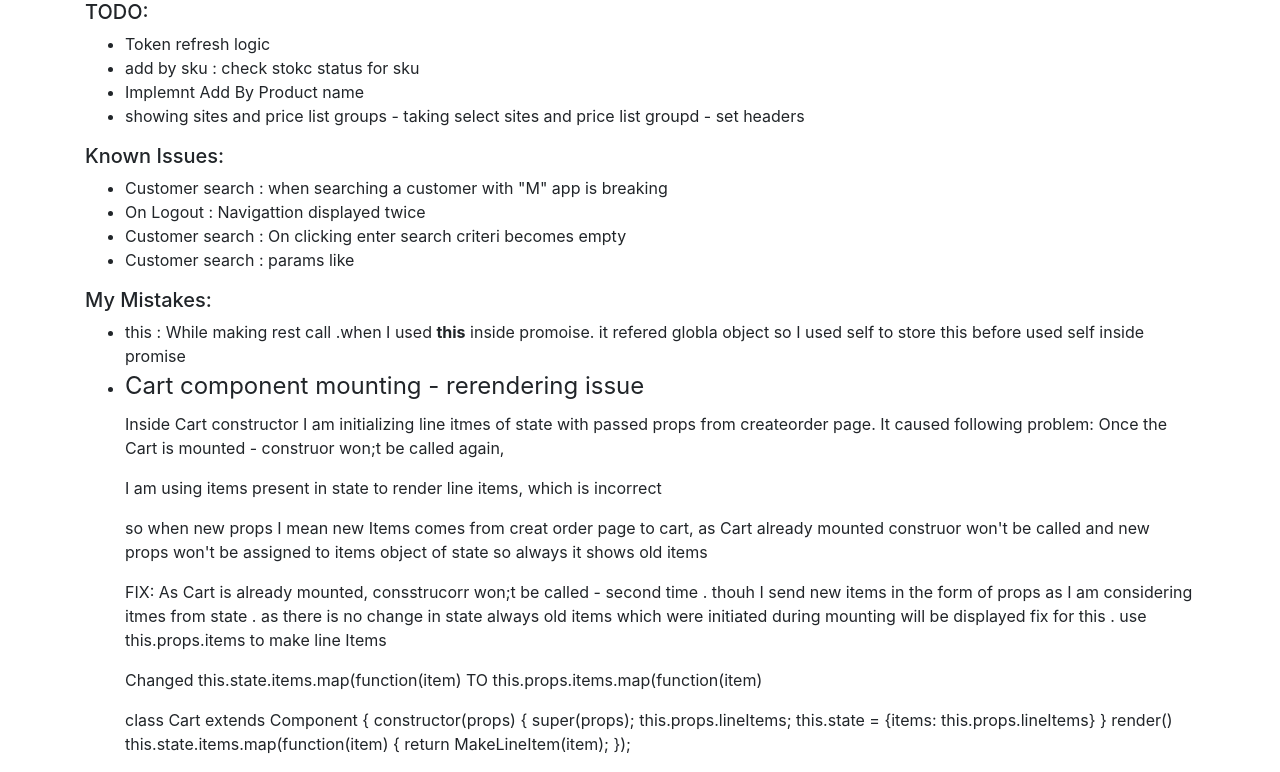
Repository: testtiger/reactagent
Page: /todo
An editor plug-in stored every save of this project. The page is shown before and after the next save, followed by the edit.
The browser window is 1280 px wide. The pictures show the whole page.
The project was rebuilt for these pictures with package versions that can differ from the ones it lists, and the page was loaded fresh each time. Also part of the build but not shown: src/components/Agent/Rest/agent-rest-client.js, src/components/Agent/Dashboard/quicklinks.jsx, src/components/Agent/Dashboard/announcements.jsx, src/components/Agent/Dashboard/recentorders.jsx, src/components/Agent/Dashboard/pendingactions.jsx, src/components/Agent/Dashboard/DashboardPage.jsx, src/components/Agent/Shared/Navigation.jsx, src/components/Agent/Login/loginpage.jsx and 12 more.

Above is the page before, as saved 2018-12-15 16:54:25.

### src/index.js
//start it with npm start
//create-react-app MyApp

import React from "react";
import ReactDOM from "react-dom";
import "bootstrap/dist/css/bootstrap.css";
import LoginPage from "./components/Agent/Login/loginpage";
import App from "./components/Agent/App/App";
import CreateOrderPage from "./components/Agent/CreateOrder/CreateOrderPage";
import CustomerSearchPage from "./components/Agent/CustomerSearch/CustomerSearchPage";
import AddressFields from "./components/Agent/CreateOrder/AddressFields";
ReactDOM.render(<App/>, document.getElementById("root"));
//ReactDOM.render(<AddressFields />, document.getElementById("root"));

### src/components/Agent/App/App.jsx
import React, { Component } from "react";
import LoginPage from "../Login/loginpage";
import Routes from "../Router/route";
import SearchCriteria from "../CustomerSearch/SearchCriteria";
import Register from "../CustomerSearch/Registration";

export default class App extends Component {
  render() {
    return <Routes />;
    //return <LoginPage />;
  }
}

/***
 * TODO : token expiry logic
 *
 *
 */

### src/components/Agent/Router/route.js
import React from "react";
import { BrowserRouter, Route, Switch } from "react-router-dom";
import LoginPage from "../Login/loginpage";
import DashboardPage from "../Dashboard/DashboardPage";
import CustomerSearchPage from "../CustomerSearch/CustomerSearchPage";
import Registration from "../CustomerSearch/Registration";
import CustomerProfilePage from "../CustomerProfile/CustomerProfilePage.jsx";
import Navigation from "../Shared/Navigation";
import CreateOrderPage from "../CreateOrder/CreateOrderPage";
import TODO from "../BugsTODO/TODO";


var Routes = function() {
  return <BrowserRouter>
      <div>
        <Navigation />
        <Switch>
          <Route exact path="/" component={LoginPage} />
          <Route path="/welcome" component={DashboardPage} />
          <Route exact path="/customers" component={CustomerSearchPage} />
          <Route exact path="/customers/registration" component={Registration} />
          <Route exact path="/customers/profiles/:id" component={CustomerProfilePage} />
          <Route exact path="/createOrder/:profileId" component={CreateOrderPage} />
          <Route exact path="/todo" component={TODO} />
          <Route path="*" component={LoginPage} />
        </Switch>
      </div>
    </BrowserRouter>;
};

export default Routes;

### src/components/Agent/BugsTODO/TODO.jsx
import React, { Component } from "react";

export default class TODO extends Component {
  render() {
    return (
      <div className="container">
        <h5>TODO:</h5>
        <ul>
          <li> Token refresh logic</li>
          <li> add by sku : check stokc status for sku</li>
          <li> Implemnt Add By Product name</li>
          <li>
            {" "}
            showing sites and price list groups - taking select sites and price
            list groupd - set headers
          </li>
        </ul>
        <h5>Known Issues:</h5>
        <ul>
          <li>
            Customer search : when searching a customer with "M" app is breaking
          </li>
          <li>On Logout : Navigattion displayed twice</li>
          <li>
            Customer search : On clicking enter search criteri becomes empty
          </li>
          <li>
            Customer search : params like
          </li>
        </ul>
        <h5>My Mistakes:</h5>
        <ul>
          <li>
            this : While making rest call .when I used <strong>this</strong>{" "}
            inside promoise. it refered globla object so I used self to store
            this before used self inside promise
          </li>
          <li>
            <legend>Cart component mounting - rerendering issue</legend>
            <span>
              <p>
                Inside Cart constructor I am initializing line itmes of state
                with passed props from createorder page. It caused following
                problem: Once the Cart is mounted - construor won;t be called
                again,
              </p>
              <p>
                I am using items present in state to render line items, which is
                incorrect
              </p>
              <p>
                so when new props I mean new Items comes from creat order page
                to cart, as Cart already mounted construor won't be called and
                new props won't be assigned to items object of state so always
                it shows old items
              </p>
              <p>
                FIX: As Cart is already mounted, consstrucorr won;t be called -
                second time . thouh I send new items in the form of props as I
                am considering itmes from state . as there is no change in state
                always old items which were initiated during mounting will be
                displayed fix for this . use this.props.items to make line Items
              </p>
              <p>
                Changed this.state.items.map(function(item) TO
                this.props.items.map(function(item)
              </p>
              {
                "class Cart extends Component\
                 { \
                     constructor(props) {\
                          super(props);\
                          this.props.lineItems;\
                           this.state = {items: this.props.lineItems}\
                     }\
                    render() \
                    this.state.items.map(function(item) {\
                    return MakeLineItem(item);\
                    });\
                     "
              }
            </span>
          </li>
        </ul>
      </div>
    );
  }
}

Loaded but not shown: public/index.html (common file)

After the next save:
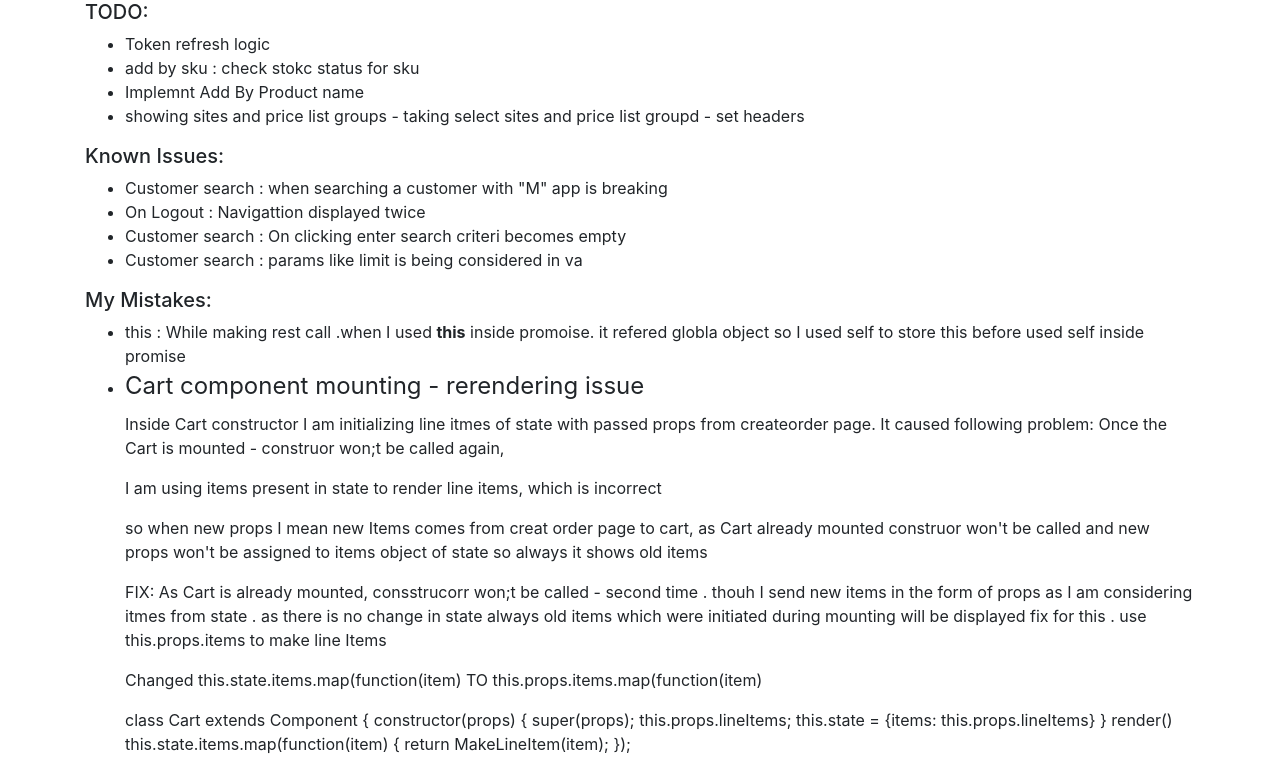
Saved 14 s later.
--- a/src/components/Agent/BugsTODO/TODO.jsx
+++ b/src/components/Agent/BugsTODO/TODO.jsx
@@ -25,7 +25,7 @@ export default class TODO extends Component {
             Customer search : On clicking enter search criteri becomes empty
           </li>
           <li>
-            Customer search : params like
+            Customer search : params like limit is being considered in va
           </li>
         </ul>
         <h5>My Mistakes:</h5>
